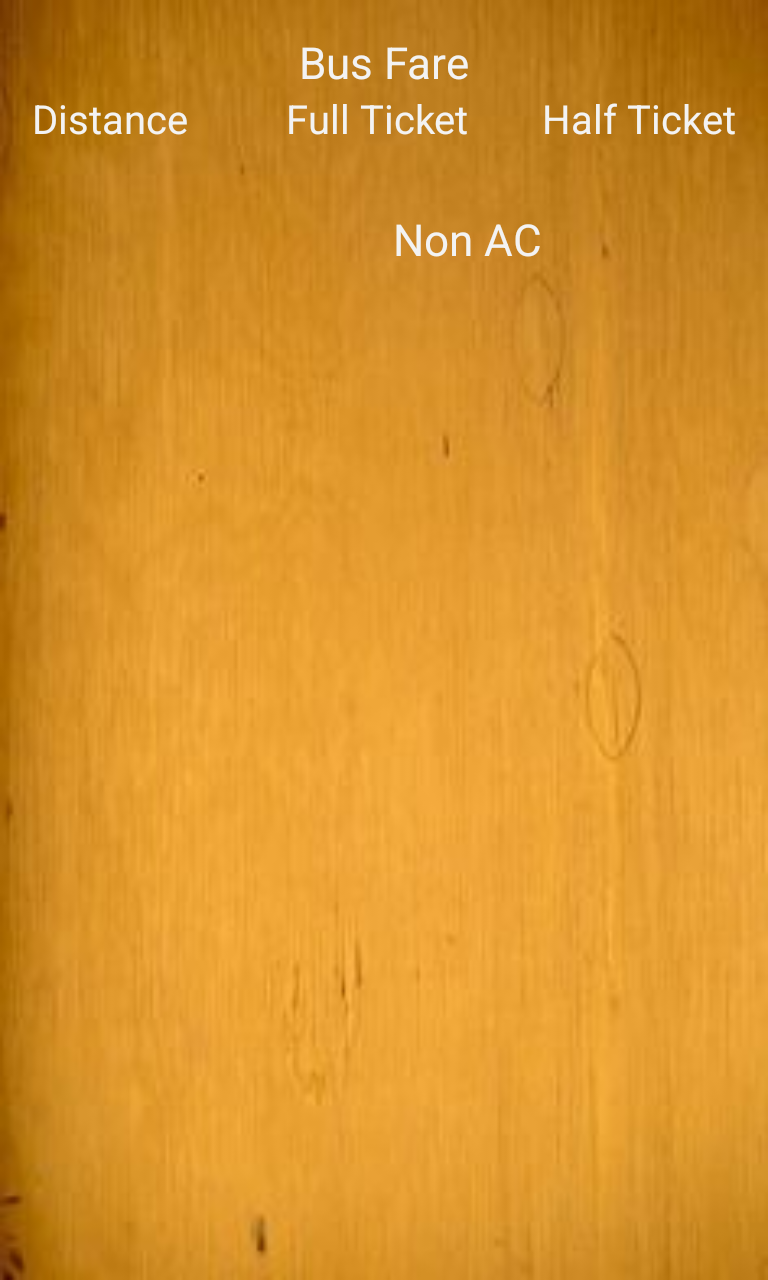
Repository: yogeshwar1996/android-app
Layout: CHD!!@BUSES/res/layout/activity_info.xml
These files come from the project's save history. The layout is drawn as it stood at one moment and after the next save; the edit follows.
It is drawn on a 768 x 1280 px phone screen (xhdpi) without system bars, with theme android:Theme.Holo; the app's code is not run.

Above is the layout before, as saved 2016-07-11 04:58:09.

After the next save:
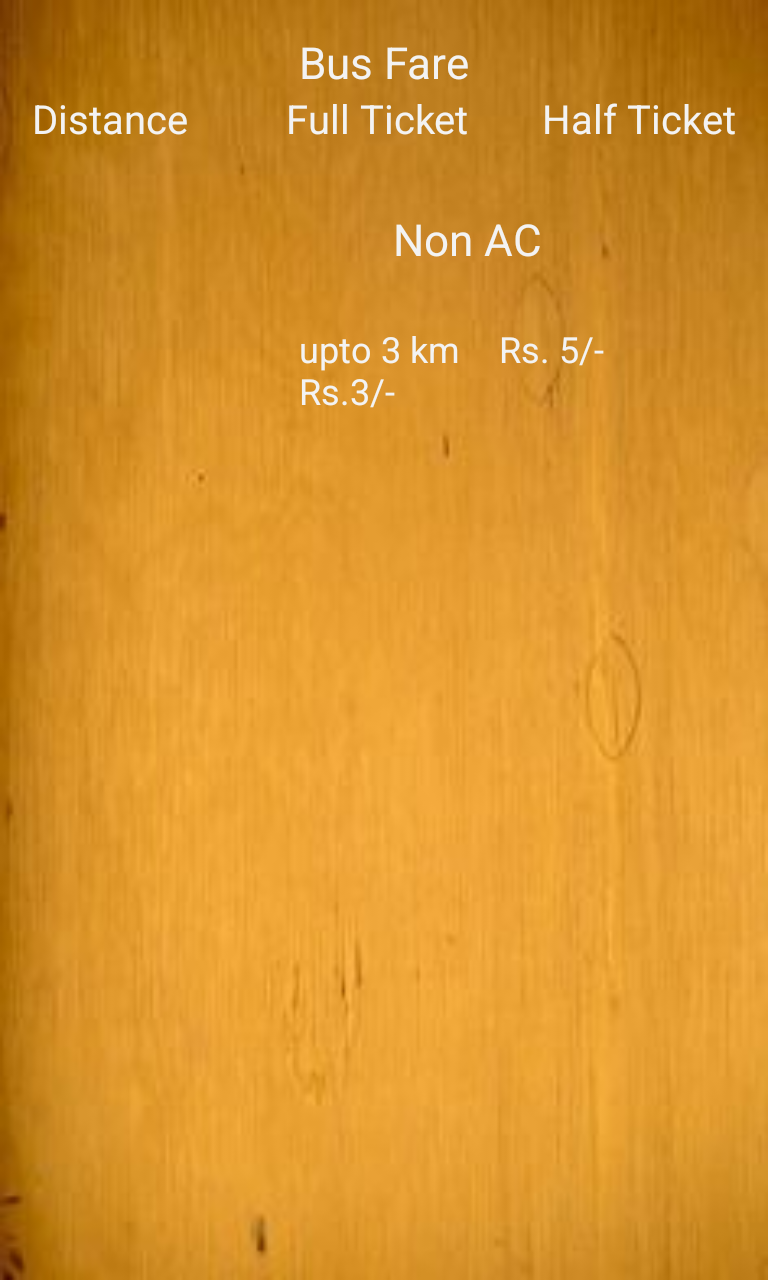
Saved 50 s later.
--- a/CHD!!@BUSES/res/layout/activity_info.xml
+++ b/CHD!!@BUSES/res/layout/activity_info.xml
@@ -60,4 +60,14 @@
         android:text="Non AC"
         android:textAppearance="?android:attr/textAppearanceLarge" />
 
+    <TextView
+        android:id="@+id/textView6"
+        android:layout_width="wrap_content"
+        android:layout_height="wrap_content"
+        android:layout_alignLeft="@+id/textView1"
+        android:layout_below="@+id/textView2"
+        android:layout_marginTop="28dp"
+        android:text="upto 3 km 		Rs. 5/-			Rs.3/-"
+        android:textAppearance="?android:attr/textAppearanceMedium" />
+
 </RelativeLayout>
